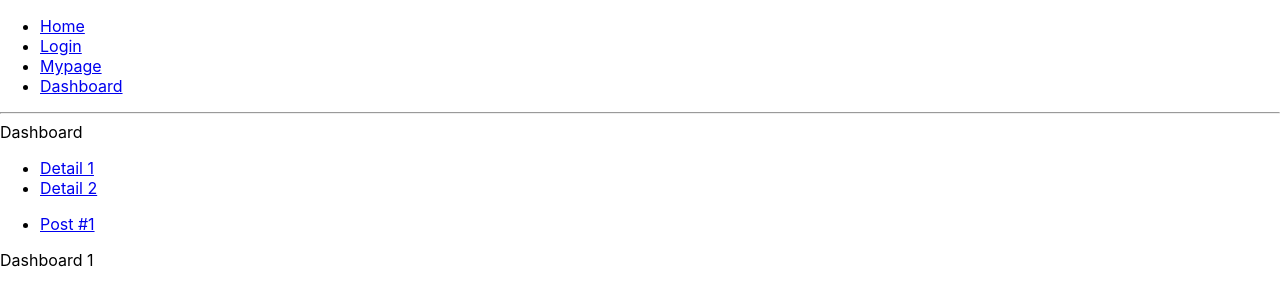
Repository: yeomi92/react_project
Page: /Dashboard/1
The author's editor kept a copy of each file at every save. The page is drawn from the files as they stood at one save, then again after the next save.
The browser window is 1280 px wide. The pictures show the whole page.
The project was rebuilt for these pictures with package versions that can differ from the ones it lists, and the page was loaded fresh each time. A package was used in the major version that the imports need, not the one package.json lists. Also part of the build but not shown: src/pages/Home.js, src/pages/Login.js, src/pages/Mypage.js, src/App.css.

Above is the page before, as saved 2018-11-23 15:37:30.

After the next save:
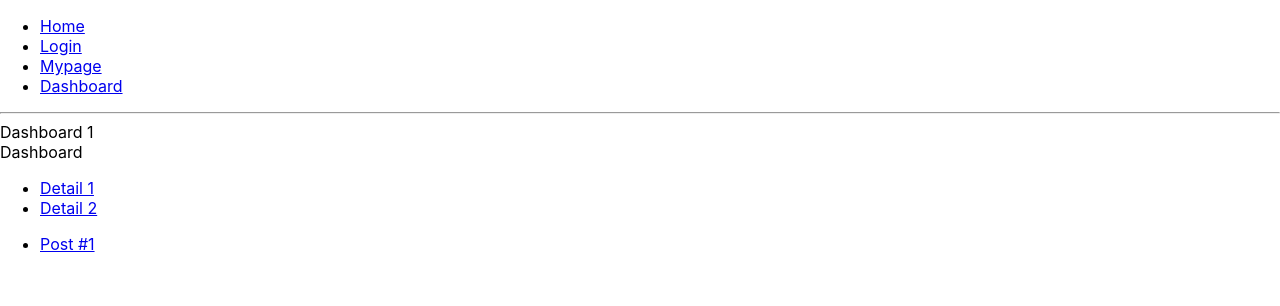
Saved 56 s later.
--- a/src/pages/Dashboard.js
+++ b/src/pages/Dashboard.js
@@ -14,6 +14,8 @@
         console.log(this.match);
         return (
             <div>
+                <Route exact path={`${this.match.url}`} render={()=><div>고르시오</div>}/>
+                <Route path={`${this.match.url}/:num`} component={DashboardDetail}/>
                 <div>Dashboard</div>
                 <div>
                     <ul>
@@ -25,8 +27,6 @@
                             <li><Link to={`${this.match.url}/1`}>Post #1</Link></li>
                     </ul>
                 </div>
-                <Route exact path={`${this.match.url}`} render={()=><div>고르시오</div>}/>
-                <Route path={`${this.match.url}/:num`} component={DashboardDetail}/>
             </div>
 
         );

After the save that followed:
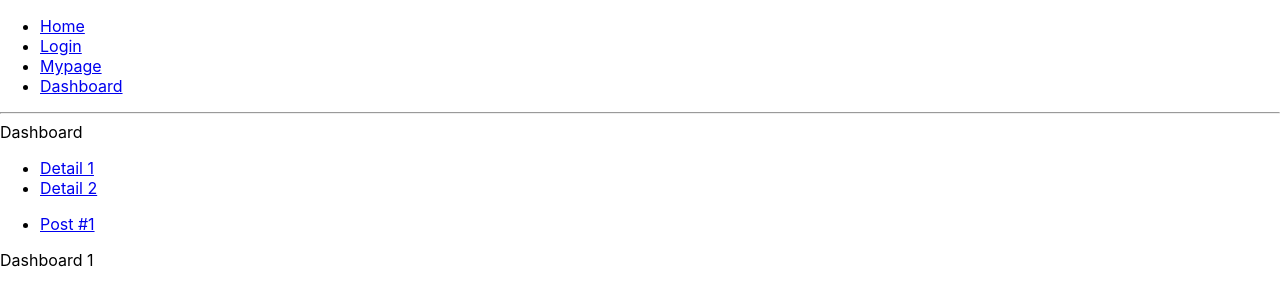
Saved 18 s later.
--- a/src/pages/Dashboard.js
+++ b/src/pages/Dashboard.js
@@ -14,8 +14,6 @@
         console.log(this.match);
         return (
             <div>
-                <Route exact path={`${this.match.url}`} render={()=><div>고르시오</div>}/>
-                <Route path={`${this.match.url}/:num`} component={DashboardDetail}/>
                 <div>Dashboard</div>
                 <div>
                     <ul>
@@ -27,6 +25,8 @@
                             <li><Link to={`${this.match.url}/1`}>Post #1</Link></li>
                     </ul>
                 </div>
+                <Route exact path={`${this.match.url}`} render={()=><div>고르시오</div>}/>
+                <Route path={`${this.match.url}/:num`} component={DashboardDetail}/>
             </div>
 
         );
